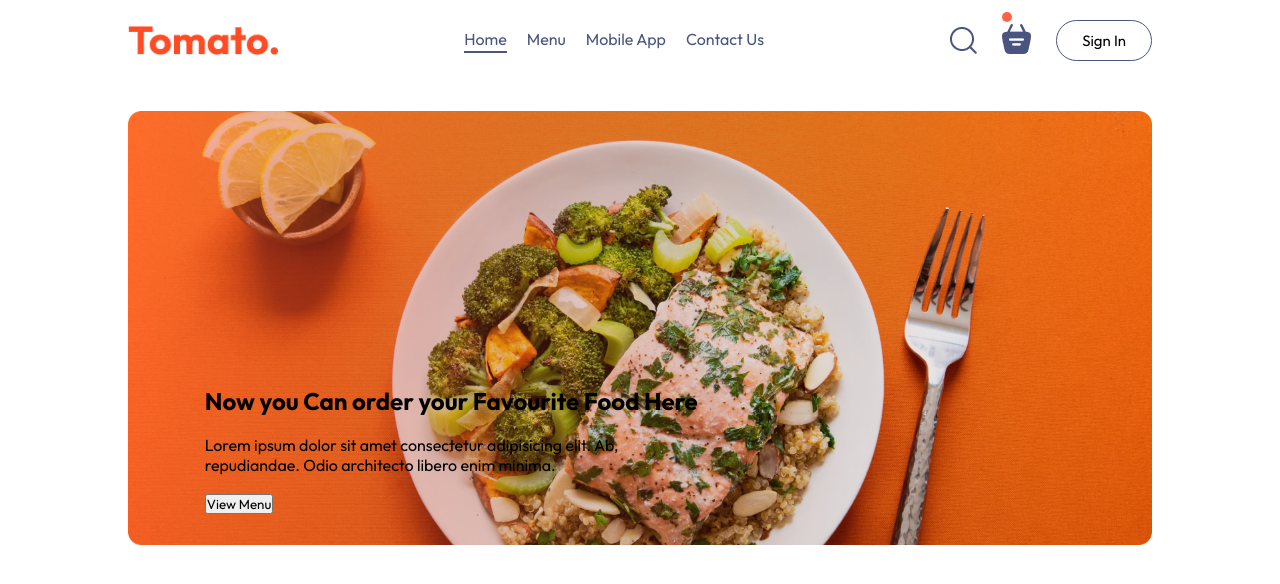
Repository: Attar786/Food-ordering-app
Page: / (app in frontend/)
These files come from the project's save history. The page is drawn as it stood at one moment and after the next save; the edit follows.
The browser window is 1280 px wide. The pictures show the whole page.
The project was rebuilt for these pictures with package versions that can differ from the ones it lists, and the page was loaded fresh each time. Also part of the build but not shown: frontend/vite.config.js, frontend/src/pages/Cart/Cart.css, frontend/src/pages/Cart/Cart.jsx, frontend/src/pages/PlaceOrder/PlaceOrder.css, frontend/src/pages/PlaceOrder/PlaceOrder.jsx.

Above is the page before, as saved 2024-07-24 20:14:20.

After the next save:
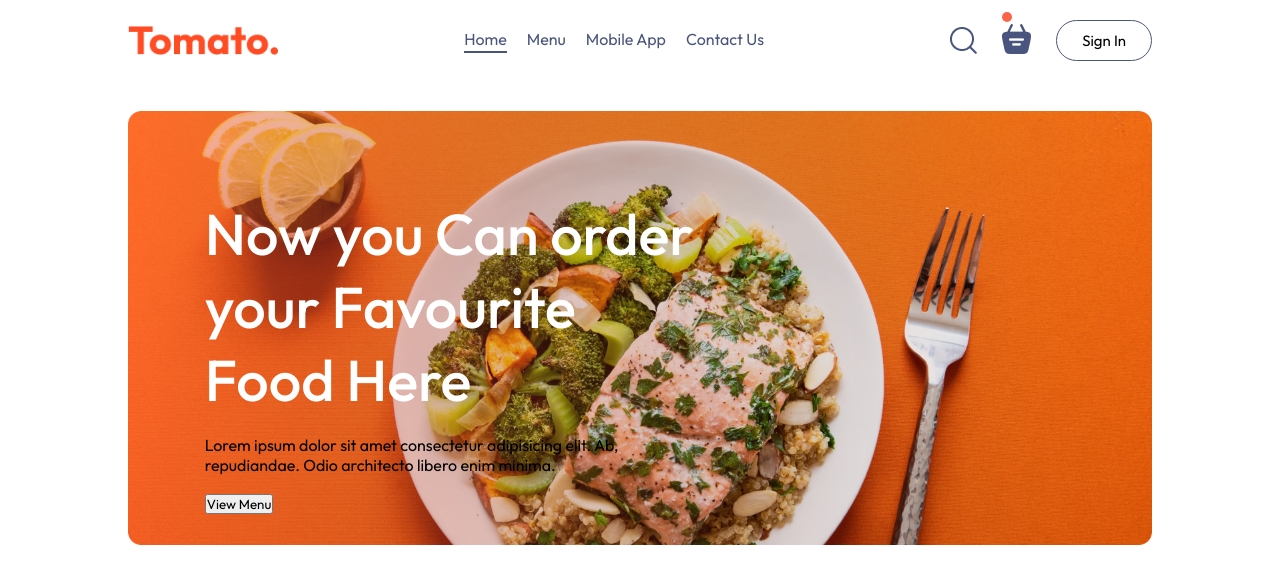
Saved 12 s later.
--- a/frontend/src/components/Header/Header.css
+++ b/frontend/src/components/Header/Header.css
@@ -16,7 +16,7 @@ bottom: 10%;
 left: 6vw;
 }
 
-..header-contents h2{
+.header-contents h2{
     font-weight: 500;
     color: white;
     font-size: max(4.5vw, 25px);
